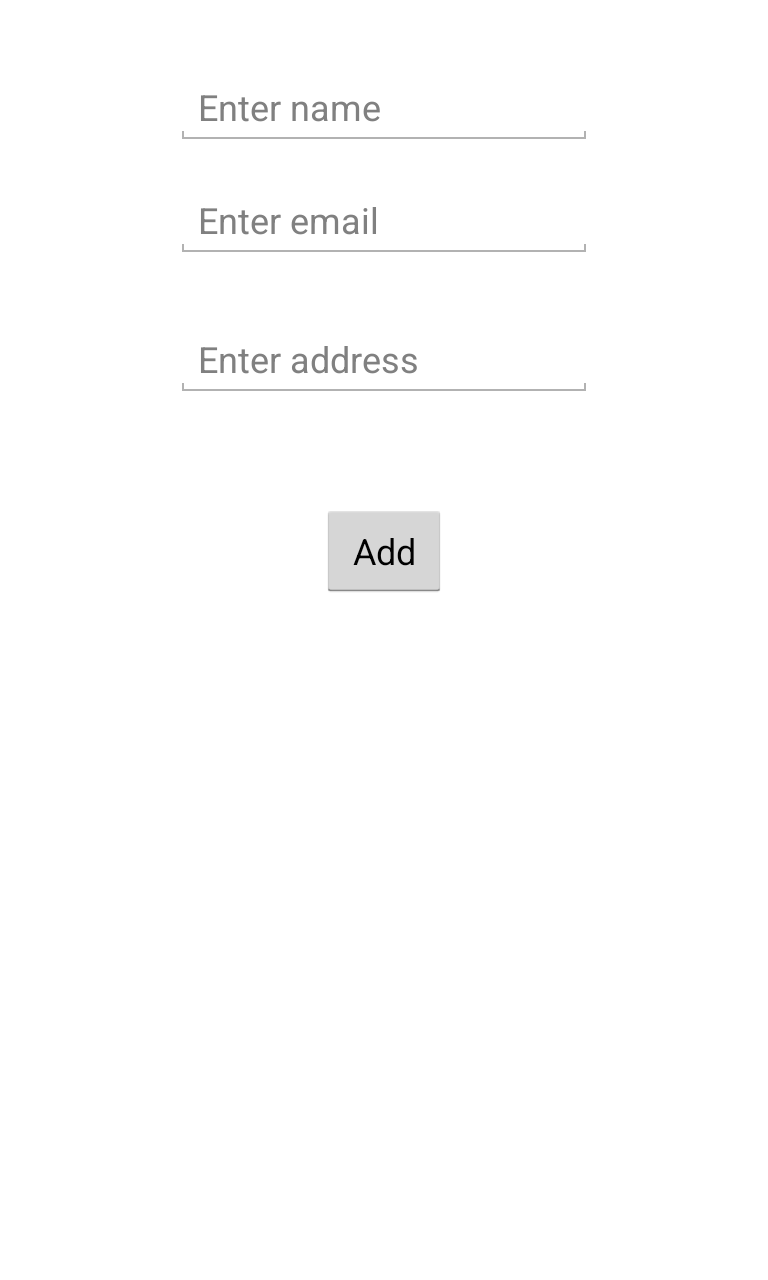
Repository: Joshiatt/IndustryOriented_MiniProject
Layout: App Data/DatabaseSmaple2/res/layout/activity_main.xml
The author's editor kept a copy of each file at every save. The layout is drawn from the files as they stood at one save, then again after the next save.
It is drawn on a 768 x 1280 px phone screen (xhdpi) without system bars, with theme AppTheme; the app's code is not run.

Above is the layout before, as saved 2018-05-31 05:32:44.

### App Data/DatabaseSmaple2/res/layout/activity_main.xml
<RelativeLayout xmlns:android="http://schemas.android.com/apk/res/android"
    xmlns:tools="http://schemas.android.com/tools"
    android:layout_width="match_parent"
    android:layout_height="match_parent"
    tools:context=".MainActivity" >

    <Button
        android:id="@+id/button1"
        android:layout_width="wrap_content"
        android:layout_height="wrap_content"
        android:layout_below="@+id/editText3"
        android:layout_centerHorizontal="true"
        android:layout_marginTop="52dp"
        android:text="Add" />

    <EditText
        android:id="@+id/editText1"
        android:layout_width="wrap_content"
        android:layout_height="wrap_content"
        android:layout_alignLeft="@+id/editText3"
        android:layout_alignParentTop="true"
        android:layout_marginTop="34dp"
        android:ems="10"
        android:inputType="textPersonName"
        android:hint="Enter name"/>

    <EditText
        android:id="@+id/editText2"
        android:layout_width="wrap_content"
        android:layout_height="wrap_content"
        android:layout_alignLeft="@+id/editText1"
        android:layout_below="@+id/editText1"
        android:layout_marginTop="17dp"
        android:ems="10"
        android:inputType="textPersonName"
        android:hint="Enter email">

    </EditText>

    <EditText
        android:id="@+id/editText3"
        android:layout_width="wrap_content"
        android:layout_height="wrap_content"
        android:layout_below="@+id/editText2"
        android:layout_centerHorizontal="true"
        android:layout_marginTop="30dp"
        android:ems="10"
        android:inputType="textPersonName"
        android:hint="Enter address"/>

</RelativeLayout>

Loaded but not shown: App Data/DatabaseSmaple2/res/values/styles.xml (common file); App Data/DatabaseSmaple2/res/values-v11/styles.xml (common file); App Data/DatabaseSmaple2/res/values-v14/styles.xml (common file)

After the next save:
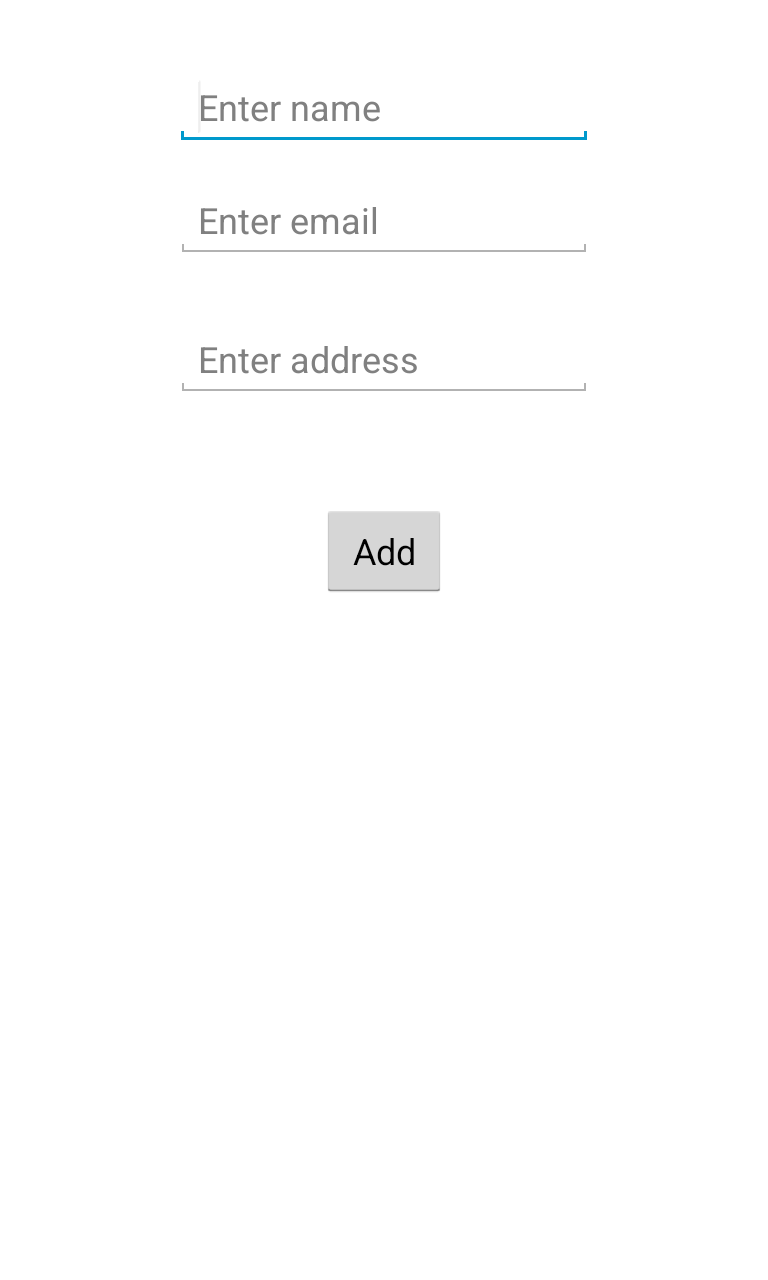
Saved 6 s later.
--- a/App Data/DatabaseSmaple2/res/layout/activity_main.xml
+++ b/App Data/DatabaseSmaple2/res/layout/activity_main.xml
@@ -22,7 +22,9 @@
         android:layout_marginTop="34dp"
         android:ems="10"
         android:inputType="textPersonName"
-        android:hint="Enter name"/>
+        android:hint="Enter name">
+        <requestFocus />
+    </EditText>
 
     <EditText
         android:id="@+id/editText2"
